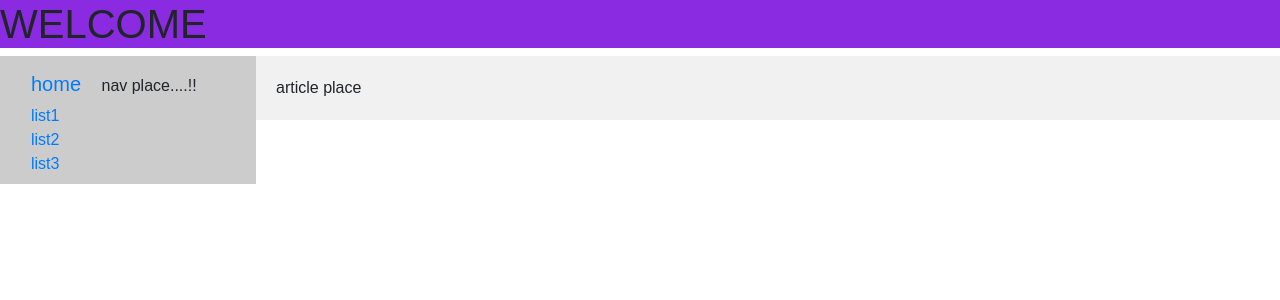
Repository: idrice24/IDRICE24-DASHBOARD
Page: html/header.html
An editor plug-in stored every save of this project. The page is shown before and after the next save, followed by the edit.
The browser window is 1280 px wide. The pictures show the whole page.

Above is the page before, as saved 2020-09-03 23:10:07.

After the next save:
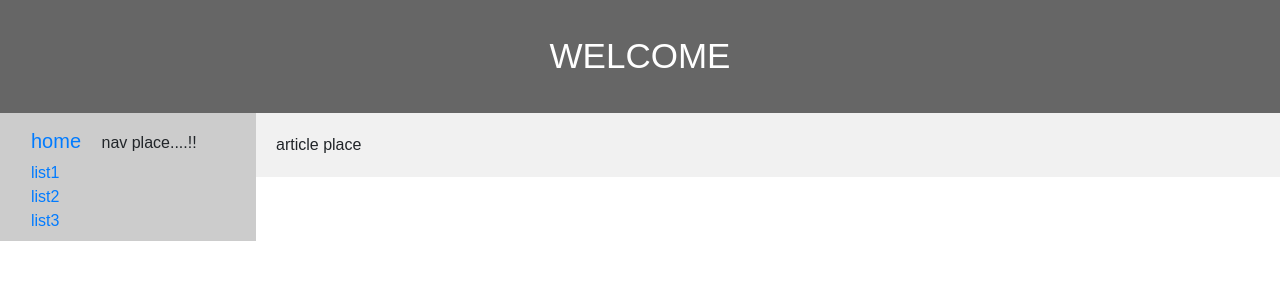
Saved 99 s later.
--- a/html/header.html
+++ b/html/header.html
@@ -12,7 +12,7 @@
 </head>
 
 <body>
-    <h1>WELCOME</h1>
+    <header>WELCOME</header>
     <section>
         <nav class="navbar navbar-default">
             <div class="container-fluid">
